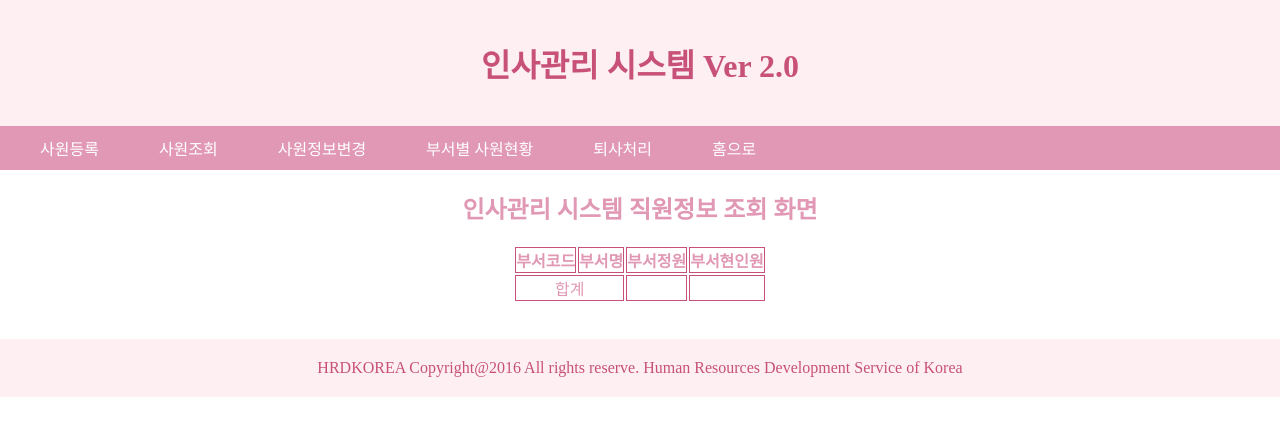
Repository: SeolhwaPark/JSL40_HRDKOREA
Page: http://localhost/HRD_0429/view.jsp
An editor plug-in stored every save of this project. The page is shown before and after the next save, followed by the edit.
The browser window is 1280 px wide. The pictures show the whole page.
The page is served by Tomcat 9. Other server files are loaded and not shown. Queries for data that is not in the repository find no rows.

Above is the page before, as saved 2020-04-29 09:36:45.

### HRD_0429/WebContent/view.jsp
<%@ page language="java" contentType="text/html; charset=UTF-8"
    pageEncoding="UTF-8"%>

<%@ page import ="java.util.* , model.*"%>

<%
	DAO dao = DAO.getInstance();
	List<VO> list = dao.dnameList();

%>
<!DOCTYPE html>
<html>
<head>
<meta charset="UTF-8">
<title>인사관리 시스템 Ver 2.0</title>
<style type="text/css">
*{padding:0;margin:0}
.logo{padding:40px 0; text-align:center; color:#c85179; background-color:#fdeff2}
.navi{padding:10px 0; overflow:hidden;background-color:#e198b4}
.navi ul, li{padding:0 10px; float:left; list-style:none}
a{padding:20px; text-decoration:none; color:#fff}

.section{color:#e198b4}
.title{text-align:center;padding:20px}
.content{margin:0}
.content table{margin:0 auto}
.content table th,td{text-align:center; color:#e198b4;border:1px solid #c85179}
.btn_group{text-align:center;}

.footer{padding:20px;background-color:#fdeff2}
.footer p{text-align:center;color:#c85179}

</style>
<script type="text/javascript">
</script>
</head>
<body>

<div class="header">
<header>
	<h1 class="logo">인사관리 시스템 Ver 2.0</h1>
	<nav class="navi">
		<ul>
			<li><a href="insert.jsp">사원등록</a></li>
			<li><a href="list.jsp">사원조회</a></li>
			<li><a href="modify.jsp">사원정보변경</a></li>
			<li><a href="view.jsp">부서별 사원현황</a></li>
			<li><a href="select.jsp">퇴사처리</a></li>
			<li><a href="index.jsp">홈으로</a></li>
		</ul>
	</nav>
</header>
</div>
<div class="section">
<section>
	<h2 class="title">인사관리 시스템 직원정보 조회 화면</h2>
	<div class="content">
			<table>
				<tr>
					<th>부서코드</th>
					<th>부서명</th>
					<th>부서정원</th>
					<th>부서현인원</th>
				</tr>
				<%
				for(int x=0;x<list.size();x++){
				%>
				<tr>
					<td><%= list.get(x).getDcode()%>
					</td>
					<td><%= list.get(x).getDname()%>
					</td>
					<td><%= list.get(x).getInwon()%>
					</td>
					<td><%= list.get(x).getCnt()%>
					</td>

				</tr>
				<%
				}
				%>
				<tr>
					<td	colspan="2" class="btn_group">합계
					</td>
					<td></td>
					<td></td>
				</tr>
			</table>
	</div>
</section>
</div>
<br><br>
<div class="footer">
<footer>
	<p>HRDKOREA Copyright@2016 All rights reserve. Human Resources Development Service of Korea</p>
</footer>
</div>


</body>
</html>

### HRD_0429/src/model/DAO.java
package model;

import java.sql.Connection;
import java.sql.DriverManager;
import java.sql.PreparedStatement;
import java.sql.ResultSet;
import java.util.ArrayList;
import java.util.List;

public class DAO {
	private DAO() {}
	private static DAO instance = new DAO();
	public static DAO getInstance() throws Exception{
		return instance;
	}

	public static Connection getConnection() throws Exception{
		Class.forName("oracle.jdbc.OracleDriver");
		Connection con = DriverManager.getConnection("jdbc:oracle:thin:@localhost:1521/xe","hrdkorea","1234");
		return con;
	}

	Connection con = null;
	PreparedStatement pstmt = null;
	ResultSet rs = null;

	public int max() {
		String query="select sawon from tbl_person order by sawon desc";
		int row = 0;
		try {
			con = getConnection();
			pstmt = con.prepareStatement(query);
			rs = pstmt.executeQuery();
			if(rs.next()) {
				row = rs.getInt("sawon");
			}

		} catch (Exception e) {
			e.printStackTrace();
		}finally {
			try {
				if(rs!=null)rs.close();
				if(pstmt!=null)pstmt.close();
				if(con!=null)con.close();
			} catch (Exception e) {
				e.printStackTrace();
			}
		}
		return row;
	}
	public int insert(VO vo) {
		String query="insert into tbl_person(sawon,name,duty,phone,indate,dcode) values(?,?,?,?,?,?)";
		int row = 0;
		try {
			con = getConnection();
			pstmt = con.prepareStatement(query);
			pstmt.setInt(1, vo.getSawon());
			pstmt.setString(2, vo.getName());
			pstmt.setString(3, vo.getDuty());
			pstmt.setString(4, vo.getPhone());
			pstmt.setString(5, vo.getIndate());
			pstmt.setString(6, vo.getDcode());
			row = pstmt.executeUpdate();

		} catch (Exception e) {
			e.printStackTrace();
		}finally {
			try {
				if(rs!=null)rs.close();
				if(pstmt!=null)pstmt.close();
				if(con!=null)con.close();
			} catch (Exception e) {
				e.printStackTrace();
			}
		}
		return row;
	}
	public VO sawonList(int sawon) {
		String query="select * from tbl_person where sawon=?";
		VO vo = null;
		try {
			con = getConnection();
			pstmt = con.prepareStatement(query);
			pstmt.setInt(1, sawon);
			rs = pstmt.executeQuery();
			if(rs.next()) {
				vo = new VO();
				vo.setSawon(rs.getInt("sawon"));
				vo.setName(rs.getString("name"));
				vo.setDuty(rs.getString("duty"));
				vo.setPhone(rs.getString("phone"));
				vo.setIndate(rs.getString("indate"));
				vo.setOutdate(rs.getString("outdate"));
				vo.setDcode(rs.getString("dcode"));
			}
		} catch (Exception e) {
			e.printStackTrace();
		}finally {
			try {
				if(rs!=null)rs.close();
				if(pstmt!=null)pstmt.close();
				if(con!=null)con.close();
			} catch (Exception e) {
				e.printStackTrace();
			}
		}
		return vo;
	}

	public List<VO> dnameList(String dname) {
		String query="select a.sawon,a.name,a.duty,a.phone,a.indate,a.outdate,b.dcode "
				+ "from tbl_person a, tbl_dept b where a.dcode = b.dcode and b.dname=?";
		List<VO> list = new ArrayList<VO>();
		VO vo = null;
		try {
			con = getConnection();
			pstmt = con.prepareStatement(query);
			pstmt.setString(1, dname);
			rs = pstmt.executeQuery();
			while(rs.next()) {
				vo =new VO();
				vo.setSawon(rs.getInt("sawon"));
				vo.setName(rs.getString("name"));
				vo.setDuty(rs.getString("duty"));
				vo.setPhone(rs.getString("phone"));
				vo.setIndate(rs.getString("indate"));
				vo.setOutdate(rs.getString("outdate"));
				vo.setDcode(rs.getString("dcode"));
				list.add(vo);
			}
		} catch (Exception e) {
			e.printStackTrace();
		}finally {
			try {
				if(rs!=null)rs.close();
				if(pstmt!=null)pstmt.close();
				if(con!=null)con.close();
			} catch (Exception e) {
				e.printStackTrace();
			}
		}
		return list;
	}

	public List<VO> dnameList() {
		String query="select b.dcode,b.dname,b.inwon,count(a.dcode) as cnt from tbl_person a, tbl_dept b "
				+ "where a.dcode = b.dcode group by b.dcode,b.inwon,b.dname order by count(a.dcode) desc";
		List<VO> list = new ArrayList<VO>();
		VO vo = null;
		try {
			con = getConnection();
			pstmt = con.prepareStatement(query);
			rs = pstmt.executeQuery();
			while(rs.next()) {
				vo =new VO();
				vo.setDcode(rs.getString("dcode"));
				vo.setDname(rs.getString("dname"));
				vo.setInwon(rs.getInt("inwon"));
				vo.setCnt(rs.getInt("cnt"));
				list.add(vo);
			}
		} catch (Exception e) {
			e.printStackTrace();
		}finally {
			try {
				if(rs!=null)rs.close();
				if(pstmt!=null)pstmt.close();
				if(con!=null)con.close();
			} catch (Exception e) {
				e.printStackTrace();
			}
		}
		return list;
	}



}

After the next save:
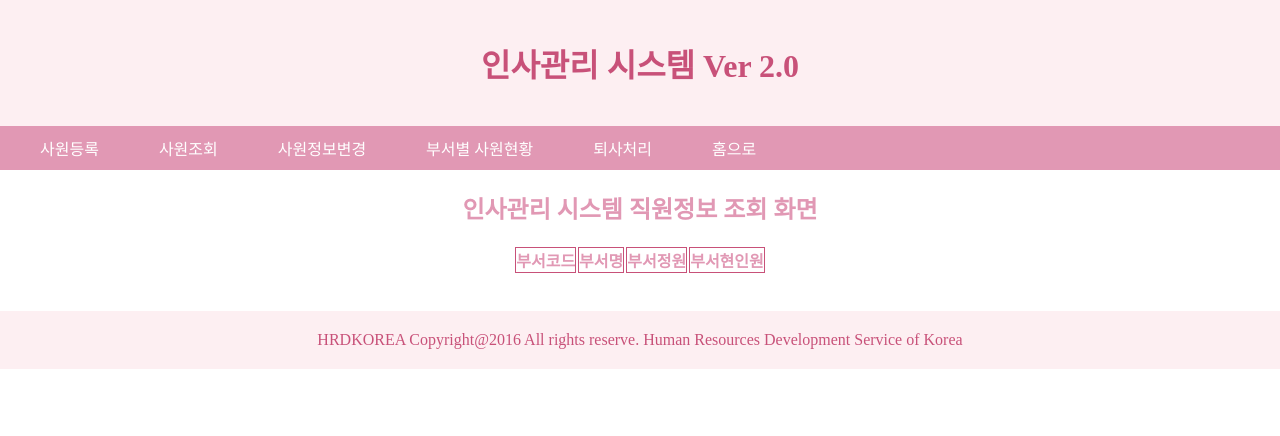
Saved 10 min 39 s later.
--- a/HRD_0429/WebContent/view.jsp
+++ b/HRD_0429/WebContent/view.jsp
@@ -63,7 +63,12 @@
 					<th>부서현인원</th>
 				</tr>
 				<%
+				int sum=0; //부서정원
+				int summ=0;//현인원
+
 				for(int x=0;x<list.size();x++){
+				sum += list.get(x).getInwon();
+
 				%>
 				<tr>
 					<td><%= list.get(x).getDcode()%>
@@ -76,15 +81,15 @@
 					</td>
 
 				</tr>
-				<%
-				}
-				%>
 				<tr>
 					<td	colspan="2" class="btn_group">합계
 					</td>
 					<td></td>
 					<td></td>
 				</tr>
+				<%
+				}
+				%>
 			</table>
 	</div>
 </section>

After the 2 saves that followed:
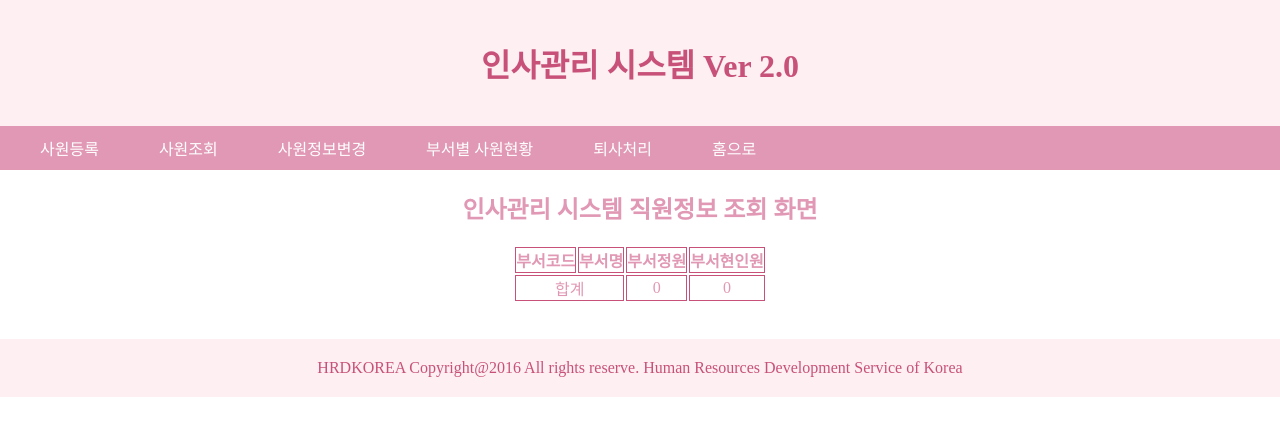
The 2 saves are shown as one change because 1 left the picture as it was.
The last was saved 87 s later.
--- a/HRD_0429/WebContent/view.jsp
+++ b/HRD_0429/WebContent/view.jsp
@@ -68,7 +68,7 @@
 
 				for(int x=0;x<list.size();x++){
 				sum += list.get(x).getInwon();
-
+				summ += list.get(x).getCnt();
 				%>
 				<tr>
 					<td><%= list.get(x).getDcode()%>
@@ -81,15 +81,15 @@
 					</td>
 
 				</tr>
+				<%
+				}
+				%>
 				<tr>
 					<td	colspan="2" class="btn_group">합계
 					</td>
-					<td></td>
-					<td></td>
+					<td><%= sum %></td>
+					<td><%= summ %></td>
 				</tr>
-				<%
-				}
-				%>
 			</table>
 	</div>
 </section>
